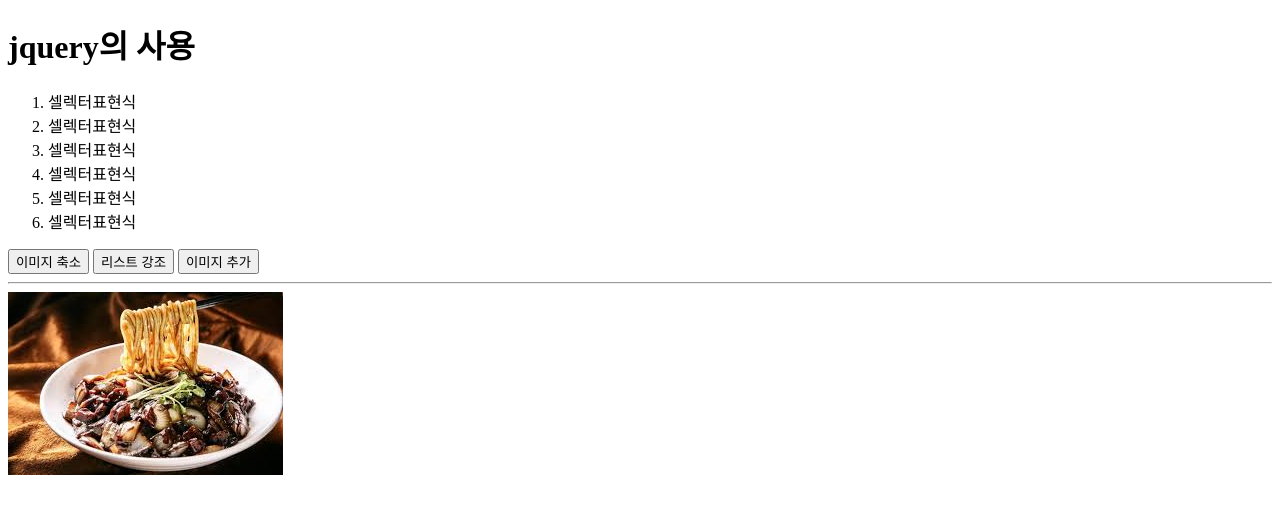
Repository: Junvelop/hkdevelope
Page: Downloads/back_end_edu20240624-master (1)/front_end_20240627/src/main/webapp/4.jq/jq01_환경설정및작성방법.html
These files come from the project's save history. The page is drawn as it stood at one moment and after the next save; the edit follows.
The browser window is 1280 px wide. The pictures show the whole page.

Above is the page before, as saved 2024-09-02 01:53:01.

After the next save:
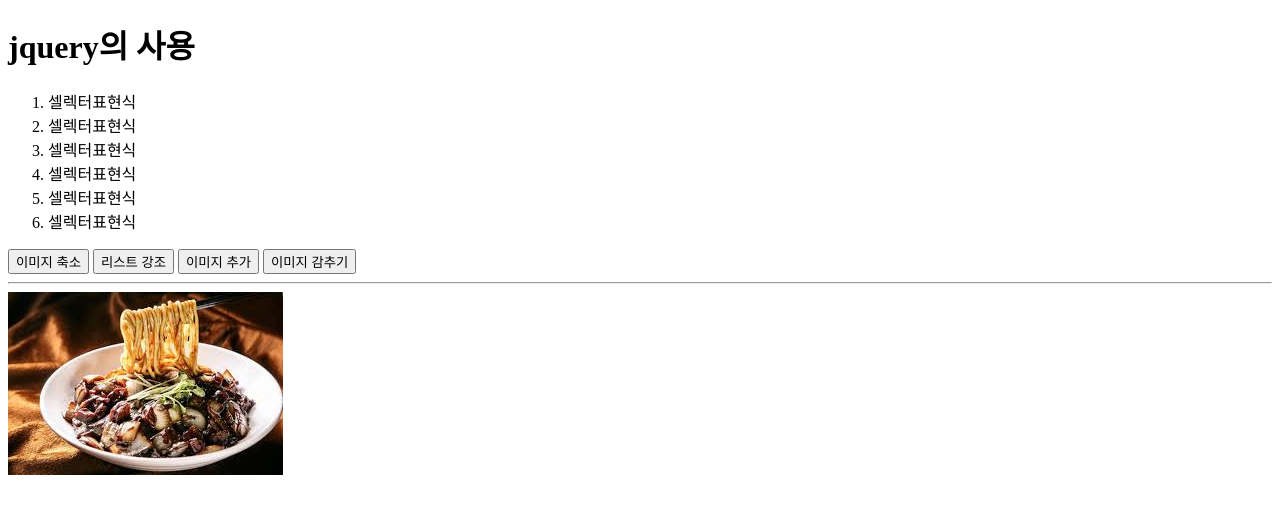
Saved 27 min 7 s later.
--- a/Downloads/back_end_edu20240624-master (1)/front_end_20240627/src/main/webapp/4.jq/jq01_환경설정및작성방법.html
+++ b/Downloads/back_end_edu20240624-master (1)/front_end_20240627/src/main/webapp/4.jq/jq01_환경설정및작성방법.html
@@ -19,6 +19,14 @@
  	 jq   ===============> $(function(){}) 1번 방법
 
  */
+
+ //이벤트 메서드 확인, 이팩트 메서드 확인
+ $("button").eq(3).click(function(){
+	 $("img").css("display","none"); //감추는 기능 : CSS 속성
+	 $("img").hide(2000);// hide():요소를 감추는 기능
+	 $("img").show(2000);
+	 $("img").slideup(1000);
+ });
  });
 </script>
 
@@ -40,6 +48,8 @@ function highlight(){
 }
 
 function addImg(){
+	//js : appendChild() : Target요소의 자식들 중에 마지막 위치에 요소를 추가하는 기능
+	//     appendChild(파라미터 타입 : Node) ---> 텍스트 형태의 값 x
 	$("div").append("<img src = '../3.js/img/1.jpg' alt = '음식사진2'/>");
 }
 
@@ -58,6 +68,7 @@ function addImg(){
 <button onclick = "imgSize()">이미지 축소</button>
 <button onclick = "highlight()">리스트 강조</button>
 <button onclick = "addImg()">이미지 추가</button>
+<button>이미지 감추기</button>
 <hr/>
 <div><img src = "../3.js/img/0.jpg" alt = "음식사진"/></div>
 </body>
